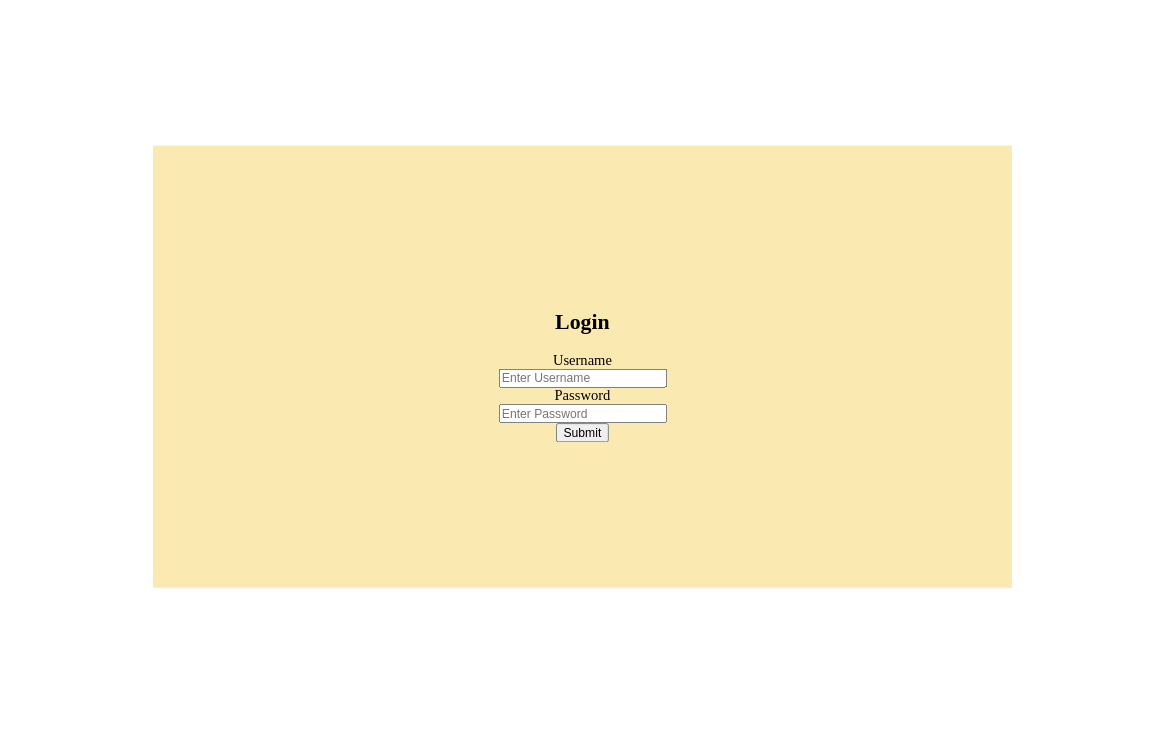
Repository: Shivamkr522/Contact_Us_Page
Page: http://localhost/ContactUs/login.jsp
These files come from the project's save history. The page is drawn as it stood at one moment and after the next save; the edit follows.
The browser window is 1280 px wide. The pictures show the whole page, at 91% of full size.
The page is served by Tomcat 9. Other server files are loaded and not shown.

Above is the page before, as saved 2022-12-11 13:10:56.

### ContactUs/src/main/webapp/login.jsp
<%@ page language="java" contentType="text/html; charset=UTF-8"
    pageEncoding="UTF-8"%>
 <%@ taglib prefix="c" uri="http://java.sun.com/jsp/jstl/core"%>
<!DOCTYPE html>
<html>
<head>
<meta charset="UTF-8">
<title>Login</title>
<link rel="stylesheet" href="login.css">

</head>
<body>
	<div id="login-box">
		<h2>Login</h2>
		<form action="login" method="post">
			<label for="user-name">Username</label>
			<br>
			<input type="text" name="username" id="user" placeholder="Enter Username">
			<br>
			<label for="password">Password</label>
			<br>
			<input type="password" name="password" id="pass" placeholder="Enter Password">
			<br>
			<button>Submit</button>
		</form>
	</div>
</body>
</html>

### ContactUs/src/main/webapp/login.css
@charset "UTF-8";

h2{
	text-align: center;

}

form{
	text-align: center;
}

#login-box{
	display: flex;
	flex-direction: column;
	padding: 10rem;
	background-color: #FAEAB1;
	margin: 10rem;
}

After the next save:
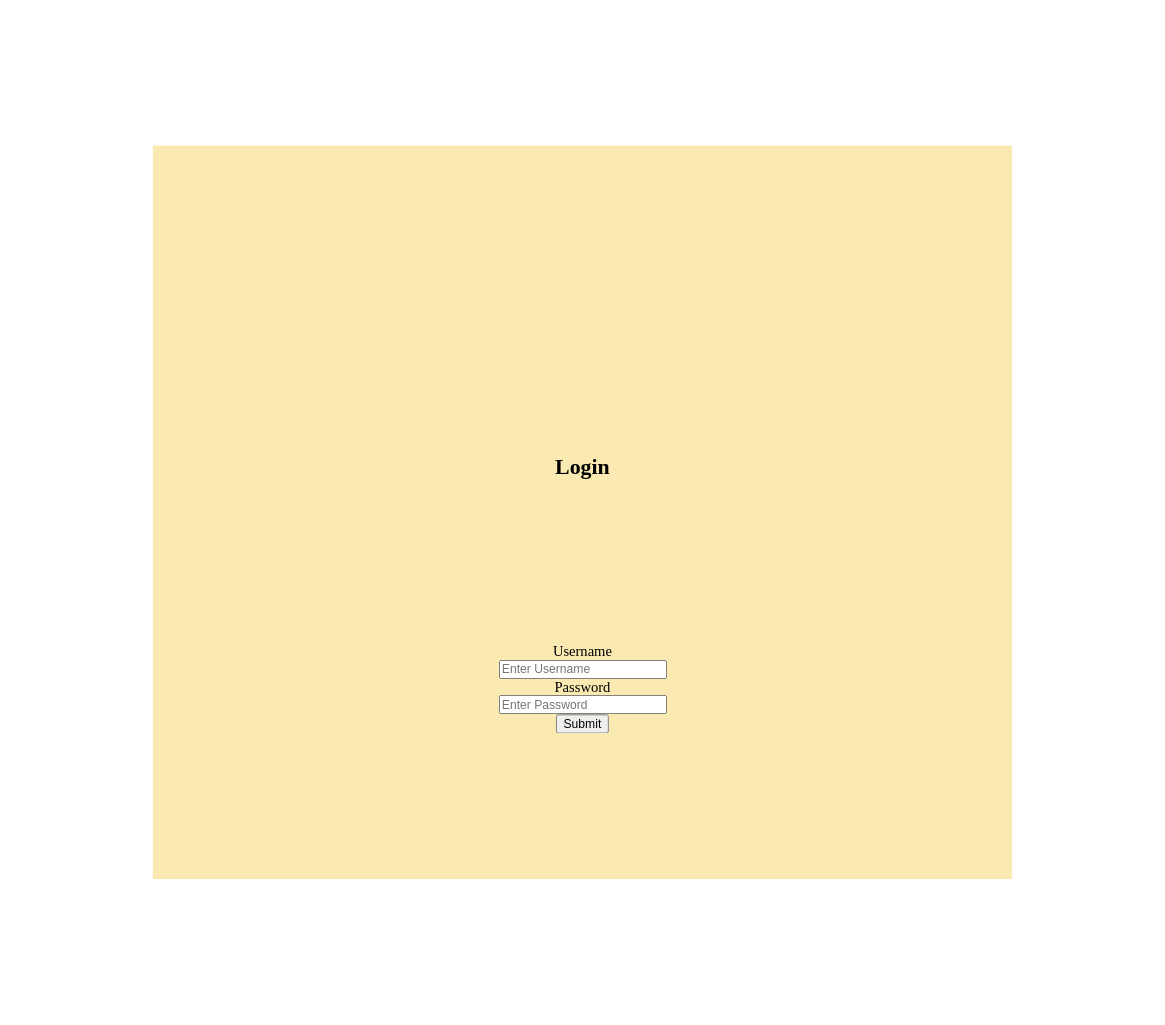
Saved 23 s later.
--- a/ContactUs/src/main/webapp/login.css
+++ b/ContactUs/src/main/webapp/login.css
@@ -2,7 +2,7 @@
 
 h2{
 	text-align: center;
-
+	padding: 10rem;
 }
 
 form{
